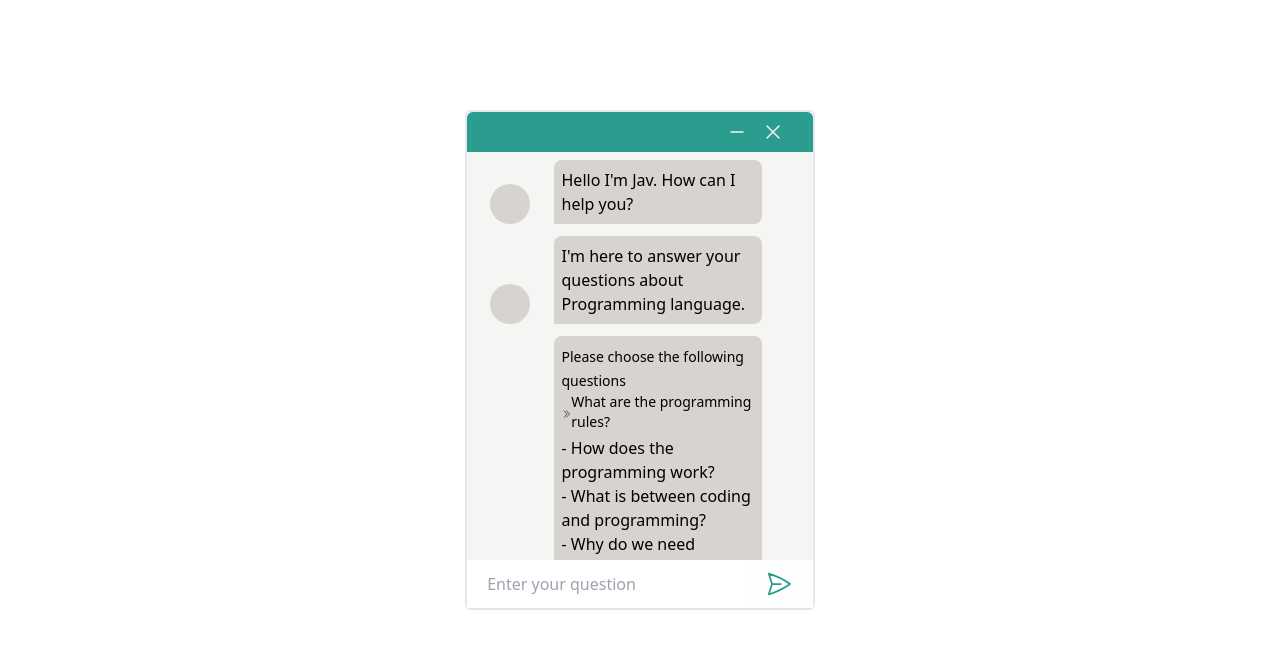
Repository: hsumyatm7308/Chatbot
Page: index.html
An editor plug-in stored every save of this project. The page is shown before and after the next save, followed by the edit.
The browser window is 1280 px wide. The pictures show the whole page.
Some web libraries are served in a nearby version.

Above is the page before, as saved 2023-07-09 12:43:19.

### index.html
<!DOCTYPE html>
<html>

<head>
    <title>Chat Bot</title>
    <script src="https://cdn.tailwindcss.com"></script>
</head>

<body class="bg-[#fffff]">

    <div class="w-screen h-screen flex justify-center items-center   container">
        <div class="w-[350px] h-[500px] bg-[#f4f4f4] border-2 border-b-stone-200 rounded-md relative chatbot-container">
            <div
                class="w-full h-10 text-[#f4f4f4] bg-[#2a9d8f] rounded-tl-md rounded-tr-md flex justify-end items-center">
                <svg xmlns="http://www.w3.org/2000/svg" fill="none" viewBox="0 0 24 24" stroke-width="1.5"
                    stroke="currentColor" class="w-6 h-6 mr-3">
                    <path stroke-linecap="round" stroke-linejoin="round" d="M18 12H6" />
                </svg>

                <svg xmlns="http://www.w3.org/2000/svg" fill="none" viewBox="0 0 24 24" stroke-width="1.5"
                    stroke="currentColor" class="w-6 h-6 mr-7">
                    <path stroke-linecap="round" stroke-linejoin="round" d="M6 18L18 6M6 6l12 12" />
                </svg>

            </div>

            <div class="w-full h-[410px] bg-stone-100 overflow-y-scroll">
                <div class="w-full grid grid-cols-4 flex profile-side mt-2 mb-3">
                    <div class="w-full h-auto flex justify-center items-end">
                        <div class="w-10 h-10 rounded-full bg-stone-300">

                        </div>
                    </div>
                    <div class=" col-span-3">
                        <div class="w-full h-auto ">
                            <div class="w-52 h-full bg-stone-300 rounded-lg rounded-bl-none p-2">
                                <span>Hello I'm Jav. How can I help you?</span>
                            </div>
                        </div>
                    </div>
                </div>


                <div class="w-full grid grid-cols-4 flex profile-side mt-2 mb-3">
                    <div class="w-full h-auto flex justify-center items-end">
                        <div class="w-10 h-10 rounded-full bg-stone-300">

                        </div>
                    </div>
                    <div class=" col-span-3">
                        <div class="w-full h-auto ">
                            <div class="w-52 h-full bg-stone-300 rounded-lg rounded-bl-none p-2">
                                <span class="">I'm here to answer your questions about Programming language.</span>
                            </div>
                        </div>
                    </div>
                </div>



                <div class="w-full grid grid-cols-4 flex profile-side mt-2 mb-3">
                    <div class="w-full h-auto flex justify-center items-end">
                        <div class="w-10 h-10 rounded-full bg-stone-300">

                        </div>
                    </div>
                    <div class=" col-span-3">
                        <div class="w-full h-auto ">
                            <div class="w-52 h-full bg-stone-300 rounded-lg rounded-bl-none p-2">
                                <span>
                                    <span class="text-sm">Please choose the following questions</span>
                                    <ul class="">
                                        <li class="text-md flex"><a href="" class="text-sm flex justify-center items-center"><svg xmlns="http://www.w3.org/2000/svg"
                                                    fill="none" viewBox="0 0 24 24" stroke-width="1.5"
                                                    stroke="currentColor" class="w-3 h-3">
                                                    <path stroke-linecap="round" stroke-linejoin="round"
                                                        d="M11.25 4.5l7.5 7.5-7.5 7.5m-6-15l7.5 7.5-7.5 7.5" />
                                                </svg>
                                               <span class="mb-1"> What are the programming rules?</span></a></li>
                                        <li class="text-md"><a href="">- How does the programming work?</a></li>
                                        <li class="text-md"><a href="">- What is between coding and programming?</a>
                                        </li>
                                        <li class="text-md"><a href="">- Why do we need programming?</a></li>
                                        <li class="text-md"><a href="">- Why is coding important?</a></li>
                                    </ul>
                                </span>
                            </div>
                        </div>
                    </div>
                </div>


                <!-- from cus -->
                <div class="w-full  flex justify-end  profile-side mt-2 mb-3">
                    <div>
                        <div class="w-full h-auto  flex justify-end">
                            <div class="w-52 h-full bg-stone-300 rounded-lg rounded-br-none  p-2">
                                <span>I'm here to answer your questions about Programming language.</span>
                            </div>
                        </div>
                    </div>



                </div>

            </div>




            <div class="w-full h-12 bg-red-100 absolute bottom-0 z-10">
                <form action="" class="w-full h-12 bg-[#fefefe] flex justify-between items-center">
                    <input type="text" class="w-[80%] h-full  rounded-bl-md p-4" placeholder=" Enter your question">

                    <button type="submit" class="mr-5">
                        <svg xmlns="http://www.w3.org/2000/svg" fill="none" viewBox="0 0 24 24" stroke-width="1.5"
                            stroke="currentColor" class="w-7 h-7 text-[#2a9d8f]">
                            <path stroke-linecap="round" stroke-linejoin="round"
                                d="M6 12L3.269 3.126A59.768 59.768 0 0121.485 12 59.77 59.77 0 013.27 20.876L5.999 12zm0 0h7.5" />
                        </svg>

                    </button>
                </form>
            </div>


        </div>


    </div>


</body>

</html>

After the next save:
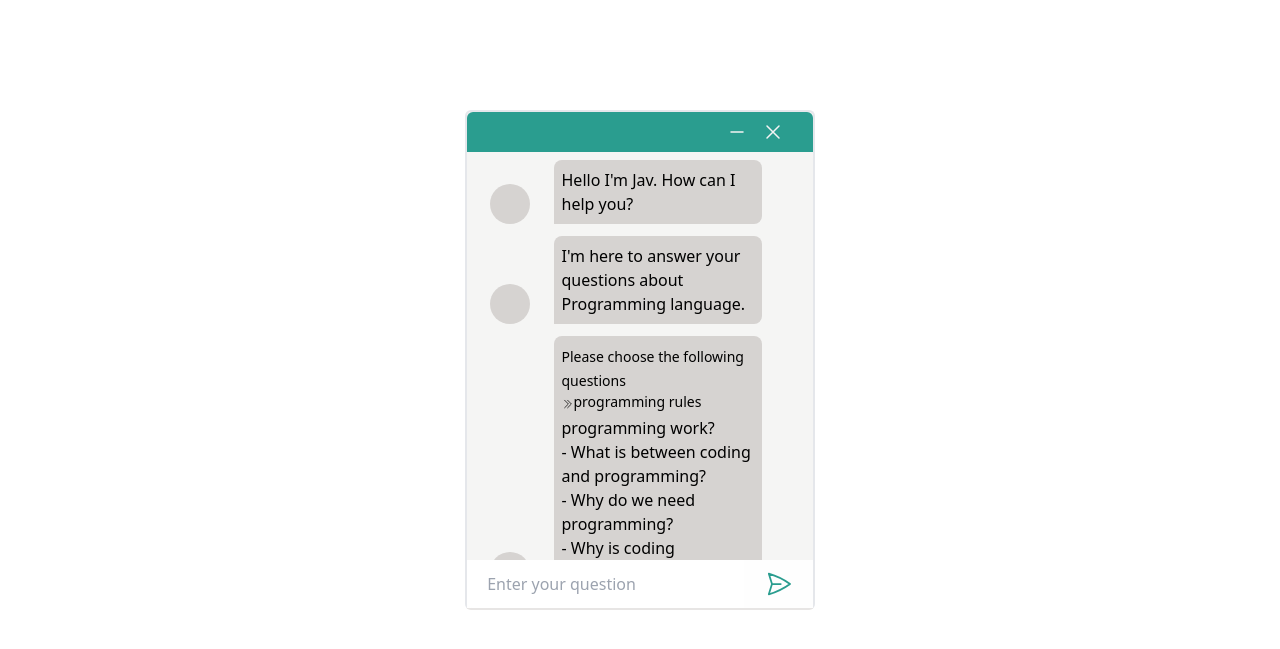
Saved 49 s later.
--- a/index.html
+++ b/index.html
@@ -76,8 +76,8 @@
                                                     <path stroke-linecap="round" stroke-linejoin="round"
                                                         d="M11.25 4.5l7.5 7.5-7.5 7.5m-6-15l7.5 7.5-7.5 7.5" />
                                                 </svg>
-                                               <span class="mb-1"> What are the programming rules?</span></a></li>
-                                        <li class="text-md"><a href="">- How does the programming work?</a></li>
+                                               <span class="mb-1">programming rules</span></a></li>
+                                        <li class="text-md"><a href=""> programming work?</a></li>
                                         <li class="text-md"><a href="">- What is between coding and programming?</a>
                                         </li>
                                         <li class="text-md"><a href="">- Why do we need programming?</a></li>
